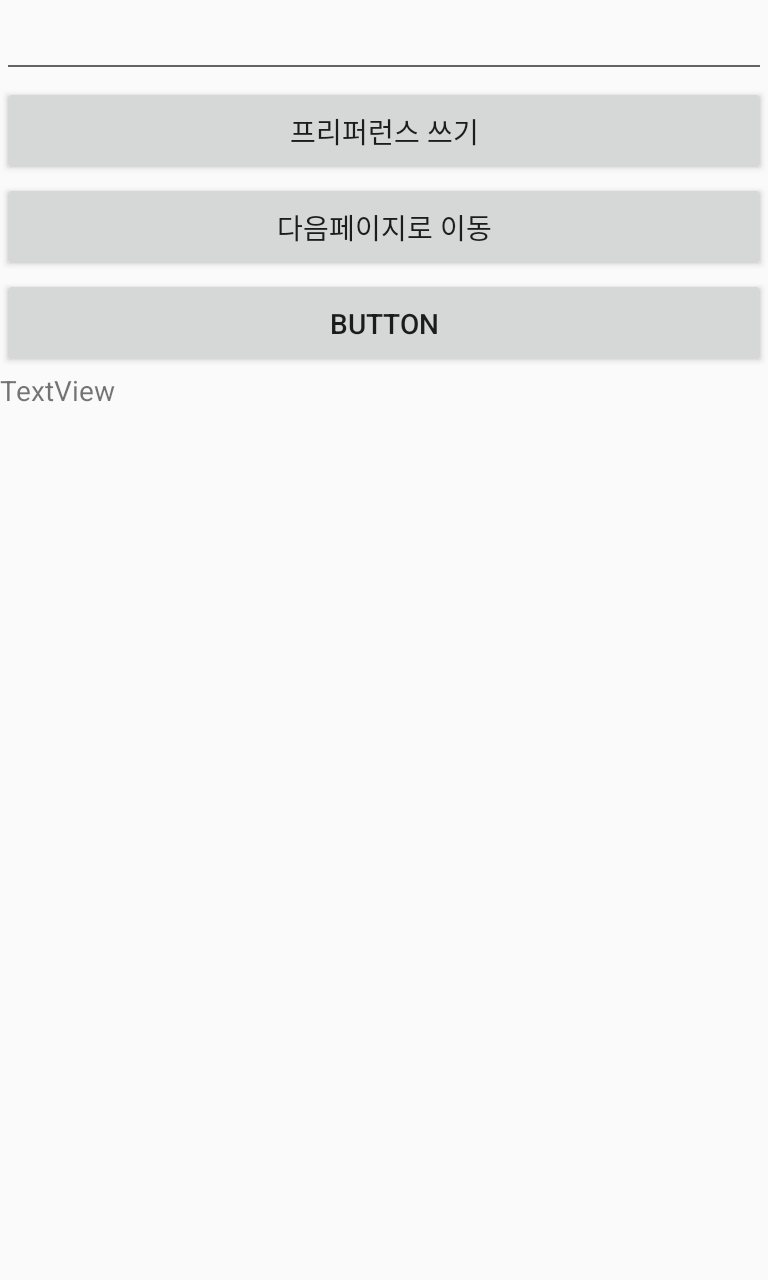
Repository: testGitHubTeam/study_Android
Layout: 66PreferencesEx/res/layout/activity_main.xml
The author's editor kept a copy of each file at every save. The layout is drawn from the files as they stood at one save, then again after the next save.
It is drawn on a 768 x 1280 px phone screen (xhdpi) without system bars, with theme AppTheme; the app's code is not run.

Above is the layout before, as saved 2014-04-29 02:13:49.

### 66PreferencesEx/res/layout/activity_main.xml
<LinearLayout xmlns:android="http://schemas.android.com/apk/res/android"
    xmlns:tools="http://schemas.android.com/tools"
    android:id="@+id/container"
    android:layout_width="match_parent"
    android:layout_height="match_parent"
    tools:context="kr.android.preferences.MainActivity"
    tools:ignore="MergeRootFrame"
    android:orientation="vertical"
     >

    <EditText
        android:id="@+id/etText"
        android:layout_width="match_parent"
        android:layout_height="wrap_content"
        />

    <Button
        android:id="@+id/btnWrite"
        android:layout_width="match_parent"
        android:layout_height="wrap_content"
        android:text="프리퍼런스 쓰기" />

    <Button
        android:id="@+id/btnMove"
        android:layout_width="match_parent"
        android:layout_height="wrap_content"
        android:text="다음페이지로 이동" />

    <Button
        android:id="@+id/button3"
        android:layout_width="match_parent"
        android:layout_height="wrap_content"
        android:text="Button" />

    <TextView
        android:id="@+id/textView1"
        android:layout_width="match_parent"
        android:layout_height="wrap_content"
        android:text="TextView" />

</LinearLayout>

Loaded but not shown: 66PreferencesEx/res/values/styles.xml (common file); 66PreferencesEx/res/values-v11/styles.xml (common file); 66PreferencesEx/res/values-v14/styles.xml (common file)

After the next save:
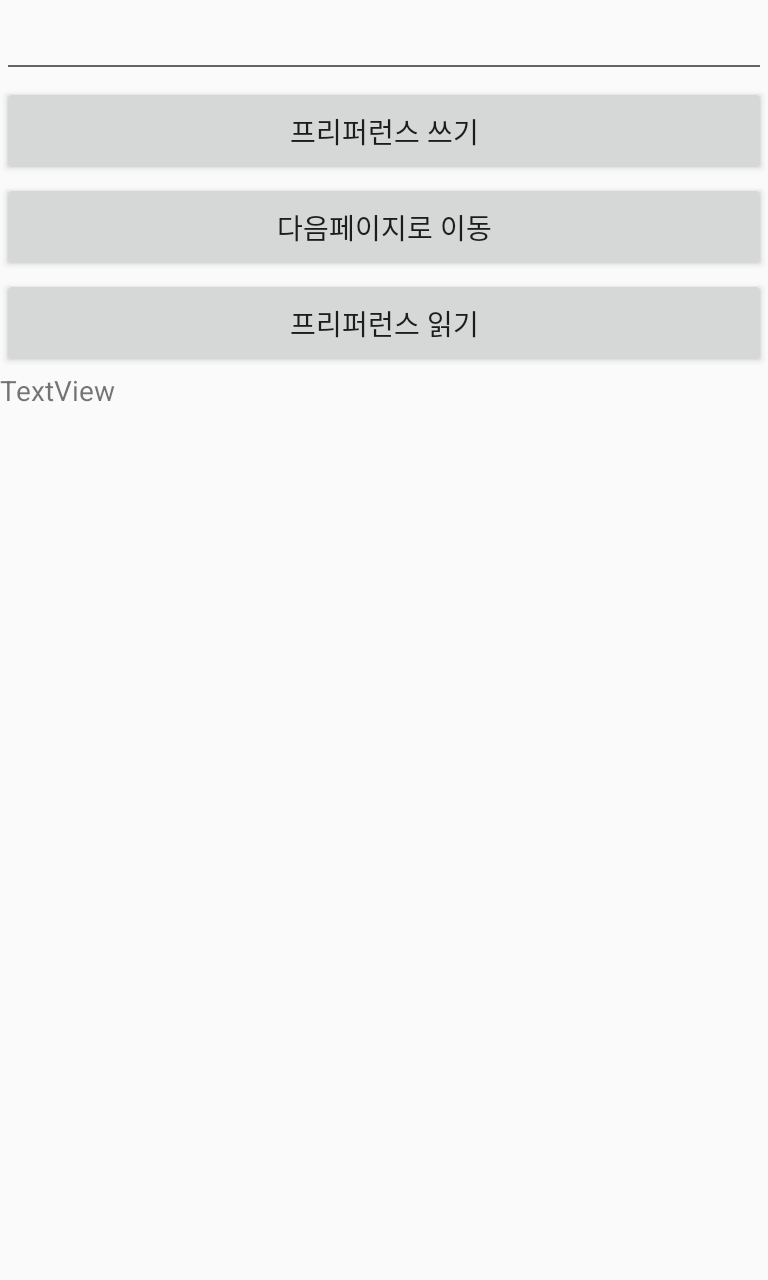
Saved 31 s later.
--- a/66PreferencesEx/res/layout/activity_main.xml
+++ b/66PreferencesEx/res/layout/activity_main.xml
@@ -27,10 +27,10 @@
         android:text="다음페이지로 이동" />
 
     <Button
-        android:id="@+id/button3"
+        android:id="@+id/btnRead"
         android:layout_width="match_parent"
         android:layout_height="wrap_content"
-        android:text="Button" />
+        android:text="프리퍼런스 읽기" />
 
     <TextView
         android:id="@+id/textView1"
